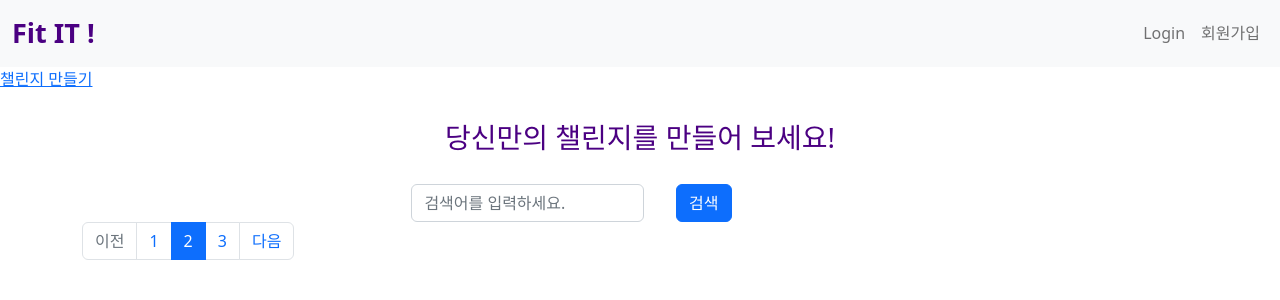
Repository: 4everGirls/Fit-IT-FRONT
Page: /makeChallenge (app in FrontEnd/fit-it/)
An editor plug-in stored every save of this project. The page is shown before and after the next save, followed by the edit.
The browser window is 1280 px wide. The pictures show the whole page.
The project was rebuilt for these pictures with package versions that can differ from the ones it lists, and the page was loaded fresh each time. Also part of the build but not shown: FrontEnd/fit-it/vue.config.js, FrontEnd/fit-it/src/views/HomeView.vue, FrontEnd/fit-it/src/components/user/RegistUser.vue, FrontEnd/fit-it/src/components/user/LoginUser.vue.

Above is the page before, as saved 2022-11-20 12:34:12.

After the next save:
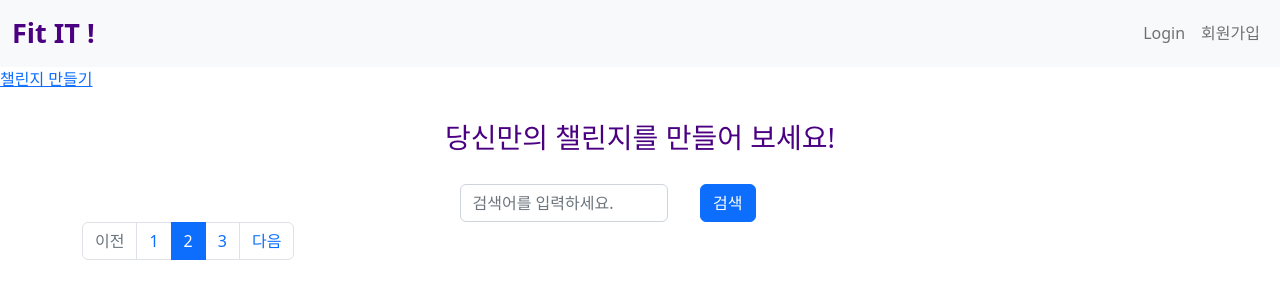
Saved 5 s later.
--- a/FrontEnd/fit-it/src/components/challenge/MakeChallenge/SearchVideo.vue
+++ b/FrontEnd/fit-it/src/components/challenge/MakeChallenge/SearchVideo.vue
@@ -6,7 +6,7 @@
       </div>
       <div class="flex-item">
         <div class="row">
-          <div class="col-1"></div>
+          <div class="col-2"></div>
           <div class="col">
             <form class="d-flex col" role="search">
               <input
